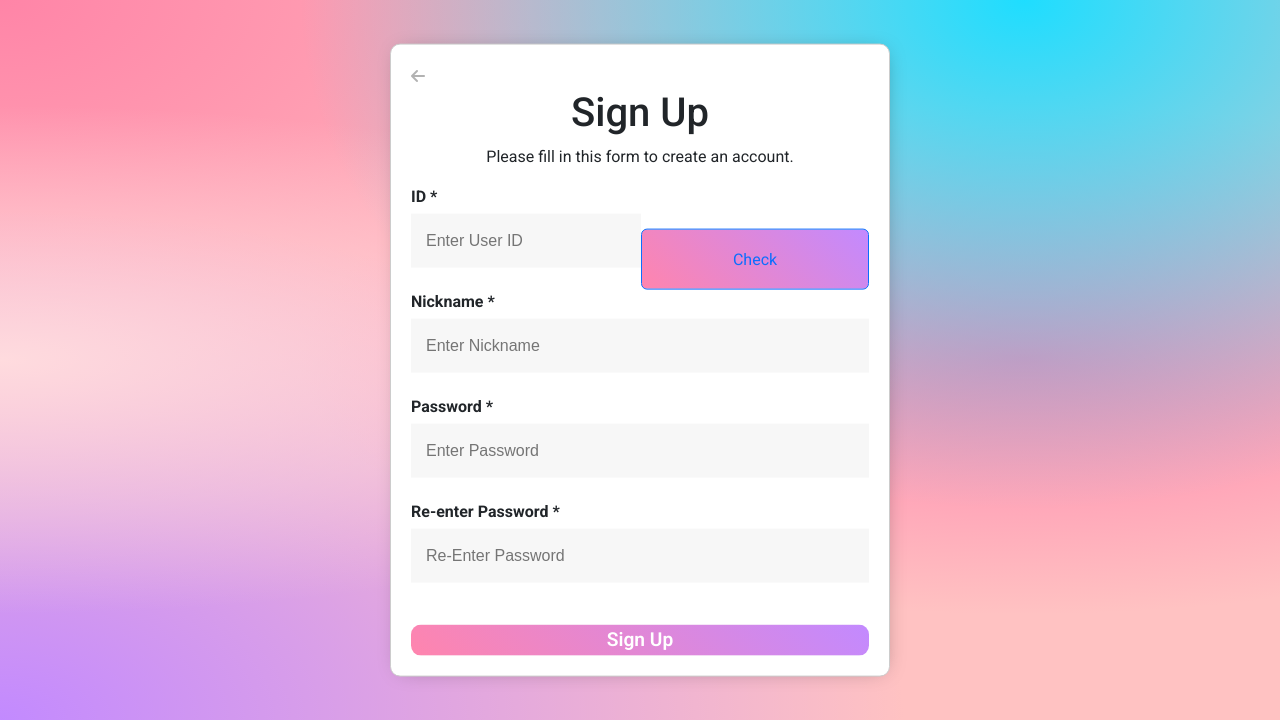
Repository: Jae-yi/JSPMybatis
Page: http://localhost/JspMybatisSub/WEB-INF/views/page/register.jsp
An editor plug-in stored every save of this project. The page is shown before and after the next save, followed by the edit.
The browser window is 1280 px wide. The pictures show the whole page.
Some web fonts or font styles are not loaded; a fallback is used. Some web libraries are served in a nearby version. The page is served by Tomcat 9. Nobody is signed in. The template is opened directly, without the code that normally fills it, so the values that code supplies are empty.

Above is the page before, as saved 2023-02-01 08:16:11.

After the next save:
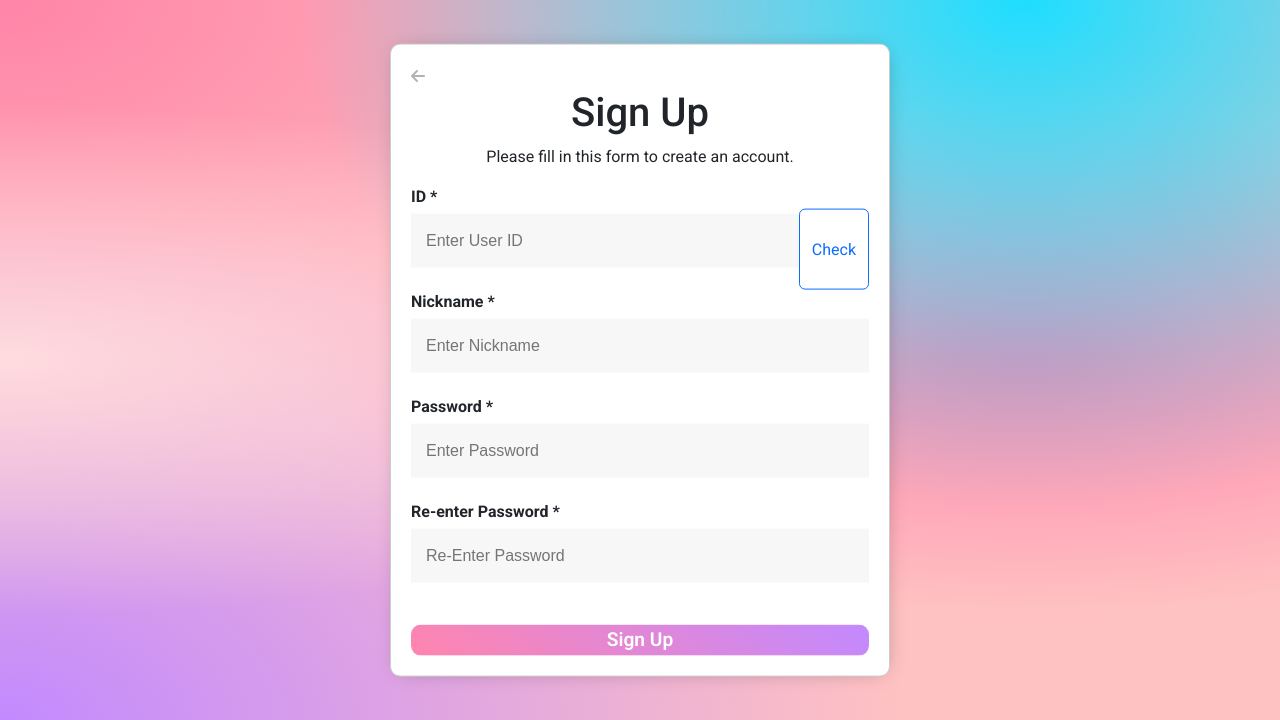
Saved 19 min 41 s later.
--- a/JspMybatisSub/src/main/webapp/resources/css/register.css
+++ b/JspMybatisSub/src/main/webapp/resources/css/register.css
@@ -77,10 +77,7 @@ input[type=text]:focus, input[type=password]:focus, input[type=phone]:focus, sel
   outline: none;
 }
 
-
-
-/* Set a style for all buttons */
-button {
+.submitBtn {
   margin-top:20px;
   border: none;
   width: 100%;
@@ -91,10 +88,10 @@ button {
   font-weight: 600;
 }
 
-button:disabled {
+.submitBtn:disabled {
 	opacity:0.7;
 }
 
-button:hover {
+.submitBtn:hover {
   opacity:1;
 }
